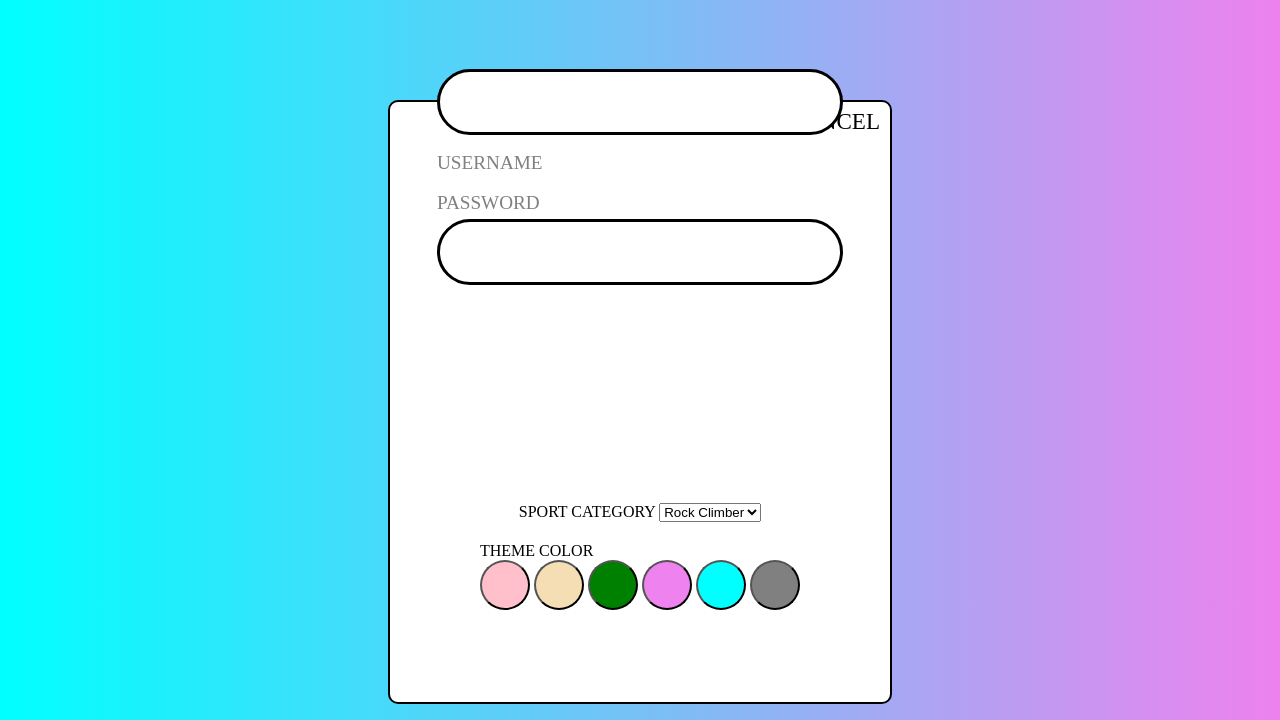
Repository: zRush1202/LoginPage-demo
Page: dom/exercise/login.html
The author's editor kept a copy of each file at every save. The page is drawn from the files as they stood at one save, then again after the next save.
The browser window is 1280 px wide. The pictures show the whole page.

Above is the page before, as saved 2023-09-17 09:41:08.

### dom/exercise/login.html
<!DOCTYPE html>
<html lang="en">
<head>
    <meta charset="UTF-8">
    <meta name="viewport" content="width=device-width, initial-scale=1.0">
    <title>Login page</title>
    <link rel="stylesheet" href="login.css">
</head>
<body>
    <div class="login">
        <div class="cancel">
            <button class="X">X</button>
            <span class="cancel">CANCEL</span>
        </div>
        <div class="tk">
            <span class="us">USERNAME</span>
            <br>
            <input type="USERNAME" class="user">
            <br>
            <span class="pa">PASSWORD</span>
            <br>
            <input type="PASSWORD" class="pass">
            <br>
        </div>
        <div class="lab">
            <label for="sport">SPORT CATEGORY</label>
            <select name="sport" id="sport">
                <option value="rc">Rock Climber</option>
                <option value="fb">Football</option>
                <option value="bkb">basketball</option>
                <option value="sm">swimming</option>
            </select>
        </div>
        <div class="theme">
            <span>THEME COLOR</span>
            <br>
            <button class="bgc" style="background-color: pink;"> </button>
            <button class="bgc" style="background-color: wheat;"> </button>
            <button class="bgc" style="background-color: green;"> </button>
            <button class="bgc" style="background-color: violet;"> </button>
            <button class="bgc" style="background-color: cyan;"> </button>
            <button class="bgc" style="background-color: gray;"> </button>
        </div>
    </div>
</body>
</html>

### dom/exercise/login.css
* {
    margin: 0;
    padding: 0;
}

body {
    display: flex;
    justify-content: center;
    align-items: center;
    position: relative;
    top: 100px;
    background-image: linear-gradient(to right, cyan, violet);
}

.login {
    display: block;
    width: 500px;
    height: 600px;
    background-color: white;
    border: 2px solid black;
    border-radius: 10px;
    position: relative;
    display: flex;
    justify-content: center;
    align-items: center;
}

.cancel {
    position: absolute;
    right: 5px;
    top: 3px;
}

.cancel {
    font-size: 120%;

}

.X {
    height: 20px;
    width: 20px;
    color: darkgray;
    font-size: 100%;
    border: none;
    background-color: transparent;
    position: absolute;
    right: 100px;
    top: 6px;
}

.user, .pass {
    height: 60px;
    width: 400px;
    border-radius: 50px;
    border: 3px solid black;
    margin-top: 5px;

}

.us, .pa {
    position: relative;
    left: 0px;
    font-size: 120%;
    color: gray;
}

.user {
    position: absolute;
    bottom: 150px;
}



.tk {
    position: absolute;
    top: 50px;
}

.bgc {
    height: 50px;
    width: 50px;
    border-radius: 25px;
}

.lab {
    position: absolute;
    bottom: 180px;
}

.theme {
    position: absolute;
    bottom: 90px;

}

After the next save:
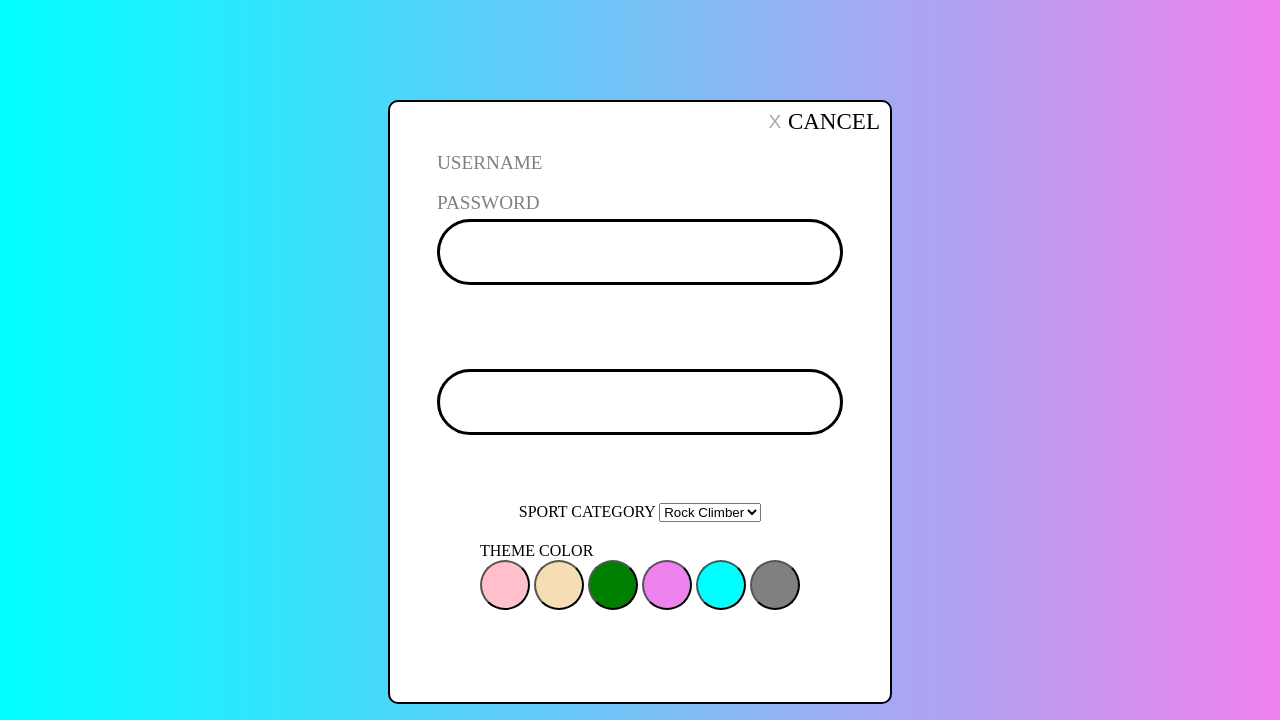
Saved 6 s later.
--- a/dom/exercise/login.css
+++ b/dom/exercise/login.css
@@ -66,7 +66,7 @@ body {
 
 .user {
     position: absolute;
-    bottom: 150px;
+    bottom: -150px;
 }
 
 
